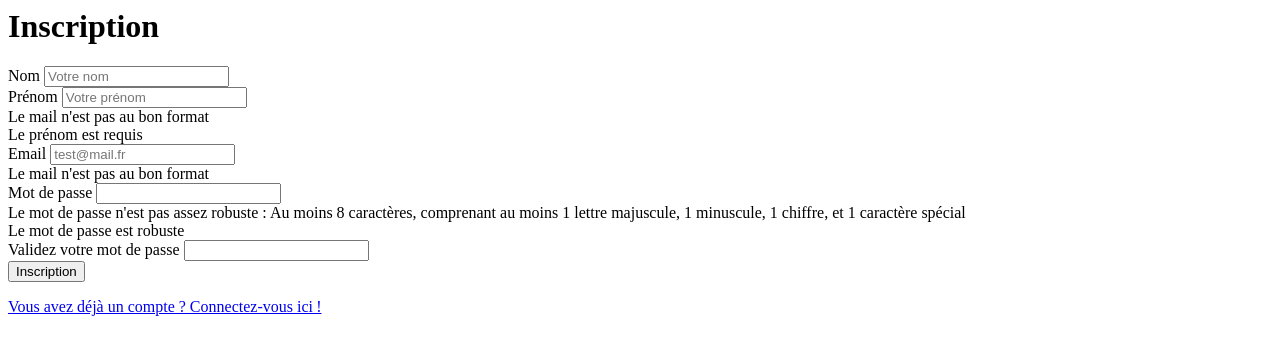
Repository: lemonhao9/QuaiAntiqueRestaurantFront
Page: pages/auth/signup.html
The author's editor kept a copy of each file at every save. The page is drawn from the files as they stood at one save, then again after the next save.
The browser window is 1280 px wide. The pictures show the whole page.

Above is the page before, as saved 2025-02-24 17:19:45.

After the next save:
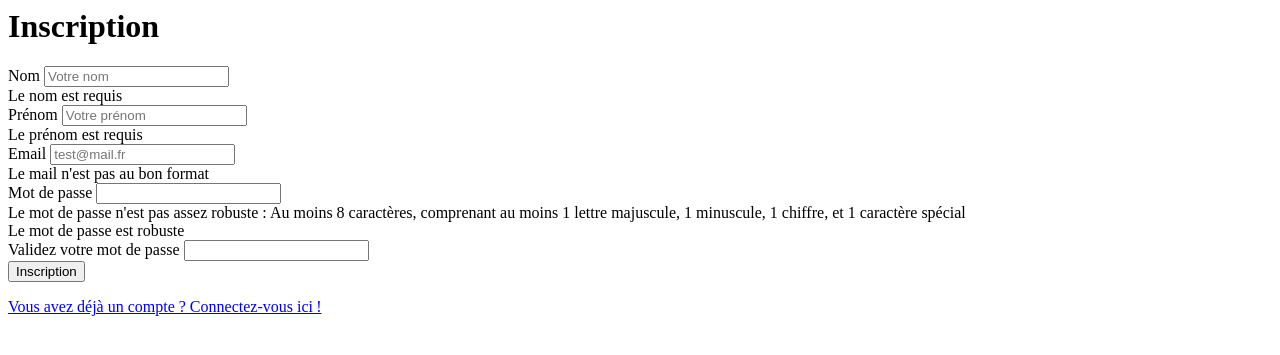
Saved 81 s later.
--- a/pages/auth/signup.html
+++ b/pages/auth/signup.html
@@ -9,16 +9,16 @@
         <div class="mb-3">
             <label for="NomInput" class="form-label">Nom</label>
             <input type="text" class="form-control" id="NomInput" placeholder="Votre nom" name="Nom">
-        </div>
+            <div class="invalid-feedback">
+              Le nom est requis
+            </div>
+          </div>
         <div class="mb-3">
             <label for="PrenomInput" class="form-label">Prénom</label>
             <input type="text" class="form-control" id="PrenomInput" placeholder="Votre prénom" name="Prenom">
             <div class="invalid-feedback">
-              Le mail n'est pas au bon format
+              Le prénom est requis
             </div>
-          </div>
-          <div class="invalid-feedback">
-            Le prénom est requis
           </div>
         <div class="mb-3">
           <label for="EmailInput" class="form-label">Email</label>
